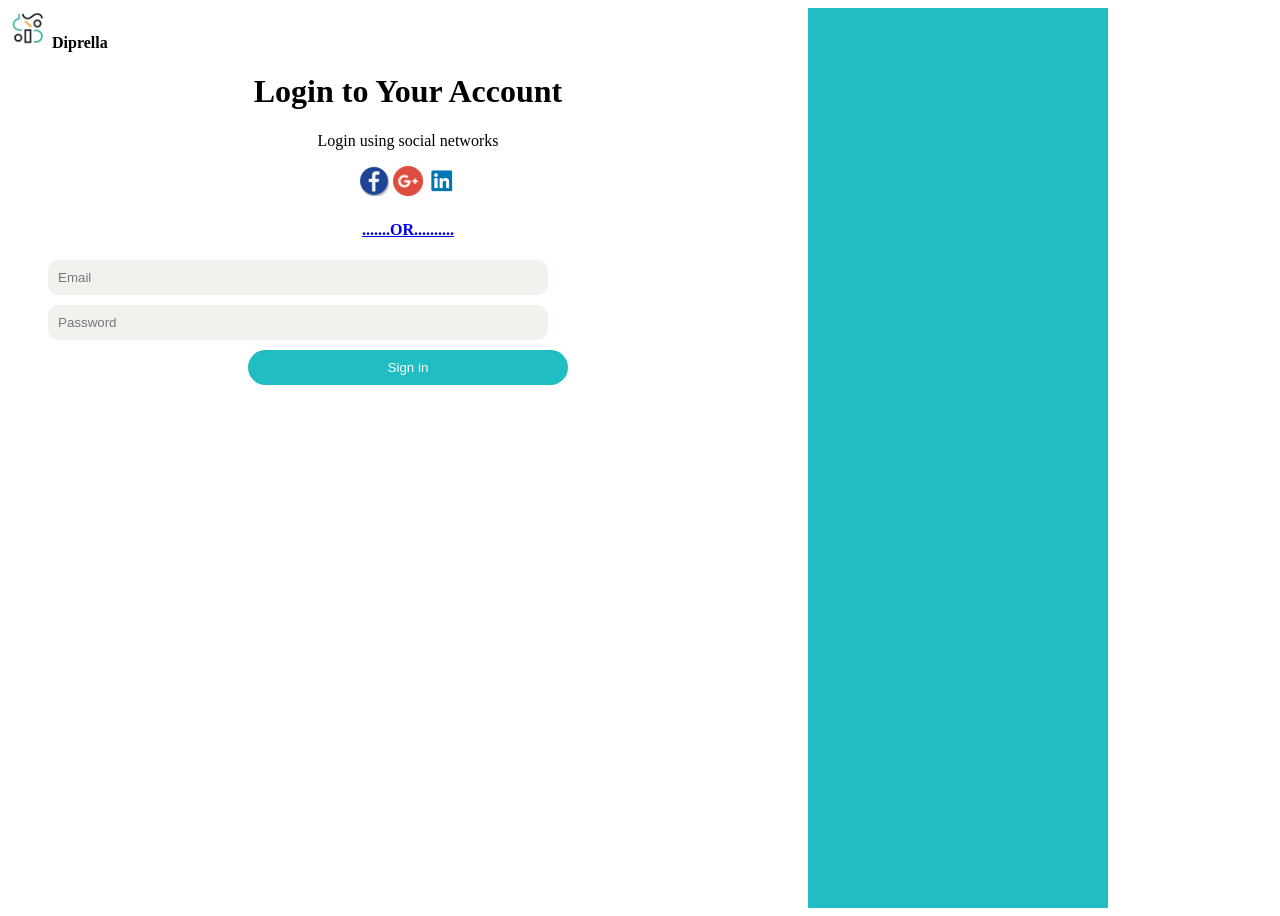
Repository: Tobby004/bdc-assignment-3
Page: task.html
These files come from the project's save history. The page is drawn as it stood at one moment and after the next save; the edit follows.
The browser window is 1280 px wide. The pictures show the whole page.

Above is the page before, as saved 2023-02-22 00:45:00.

### task.html
<!DOCTYPE html>
<html lang="en_us">
<head>
    <meta charset="UTF-8">
    <meta http-equiv="X-UA-Compatible" content="IE=edge">
    <meta name="viewport" content="width=device-width, initial-scale=1.0">
    <title>Document</title>
    <link rel="stylesheet" href="task.css">
</head>
<body>
    <div class="container">
        <div class="box1">
        <header id="logo"><img src="diprella.JPG"height="40px">
        <b>Diprella</b></header>
        <h1>Login to Your Account</h1>
        <p>Login using social networks</p>
        <div class="logo">
        <a href="#"><img src="facebook.png"</a>
        <a href="#"><img src="googe plus.png"</a>
        <a href="#"><img src="linkedin.png"</a>
        </div>
        <h4>.......OR..........</h4>
        <div class="form-input">
        <input type="text" placeholder="Email">
        <input type="Password" placeholder="Password">
        <center><button>Sign in</button></center>
        </div>
        </div>
        <div class="box2">

        </div>
    </div>
</body>
</html>

### task.css
* {
    box-sizing: border-box;
}
.container{
    display: flex;
}
.box1 {
    background-color: white;
    height: 900px;
    width: 800px;
}
.box2{
    background-color: #20bdc2;
    height: 900px;
    width: 300px;
}
h1 {
    text-align: center;
}
p {
    text-align: center;
}
.logo img {
    height: 30px;
    text-align: center;
}
.logo a {
    text-decoration: none;
}
div .logo {
    text-decoration: none;
    text-align: center;
}
h4 {
    text-align: center;
}
.box1 input {
max-width: 500px;
width: 80%;
margin-left:
}
input  {
  background-color: rgb(241, 241, 238);
   border: none;
   margin-bottom: 10px;
   border-radius: 10px;
   border-bottom: 10px;
   padding: 10px;
   margin-left: 40px;
   width: 40%

}
 button {
    width: 40%;
    border-radius: 30px;
    margin-left: auto;
    margin-right: auto;
    border: none;
    padding: 10px;
    color: white;
    background-color: #20bdc2;
}

After the next save:
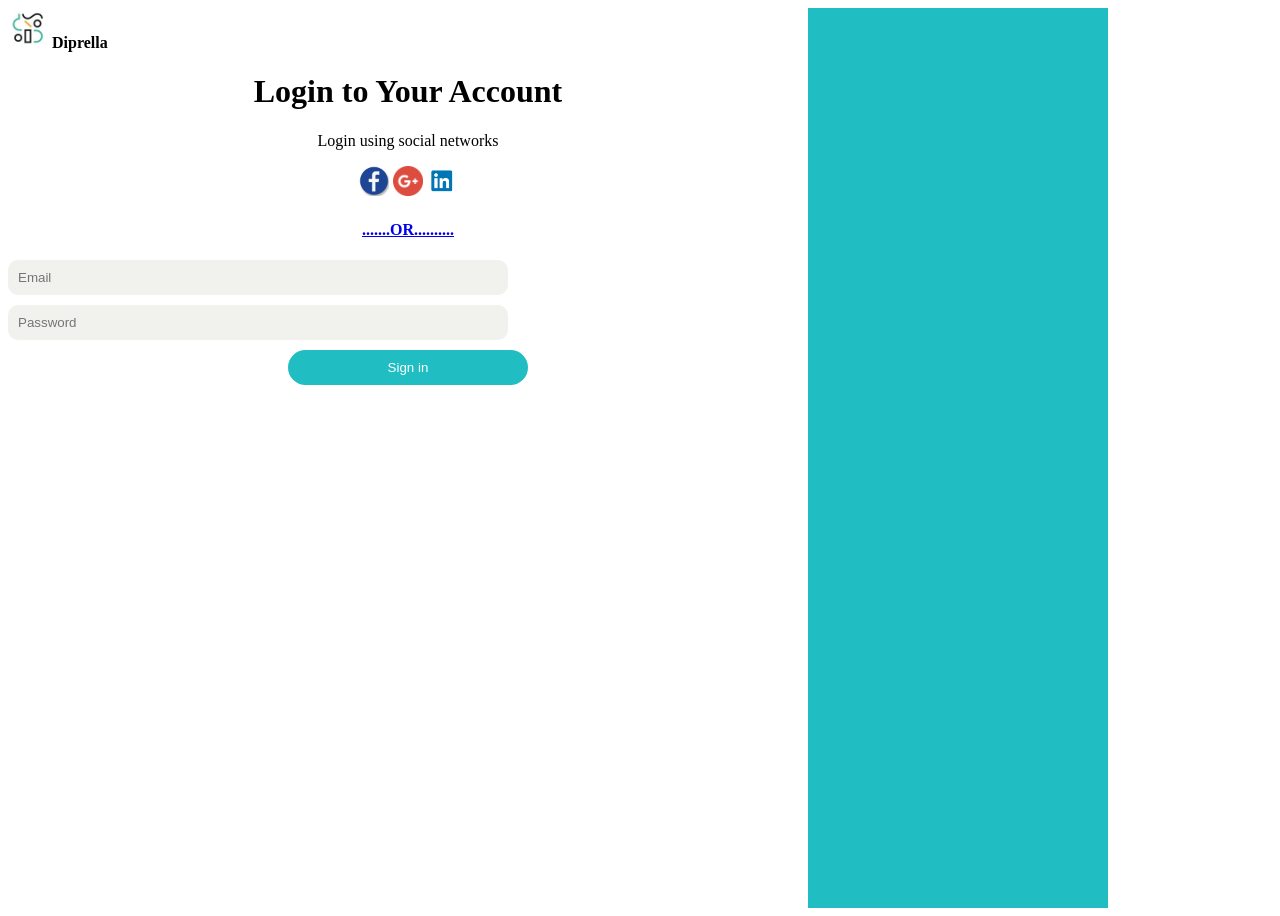
Saved 89 s later.
--- a/task.css
+++ b/task.css
@@ -37,7 +37,8 @@ h4 {
 .box1 input {
 max-width: 500px;
 width: 80%;
-margin-left:
+margin-left: auto;
+margin-right: auto;
 }
 input  {
   background-color: rgb(241, 241, 238);
@@ -46,12 +47,13 @@ input  {
    border-radius: 10px;
    border-bottom: 10px;
    padding: 10px;
-   margin-left: 40px;
-   width: 40%
+   margin-left: auto;
+   margin-right: auto;
+   width: 100%
 
 }
  button {
-    width: 40%;
+    width: 30%;
     border-radius: 30px;
     margin-left: auto;
     margin-right: auto;
